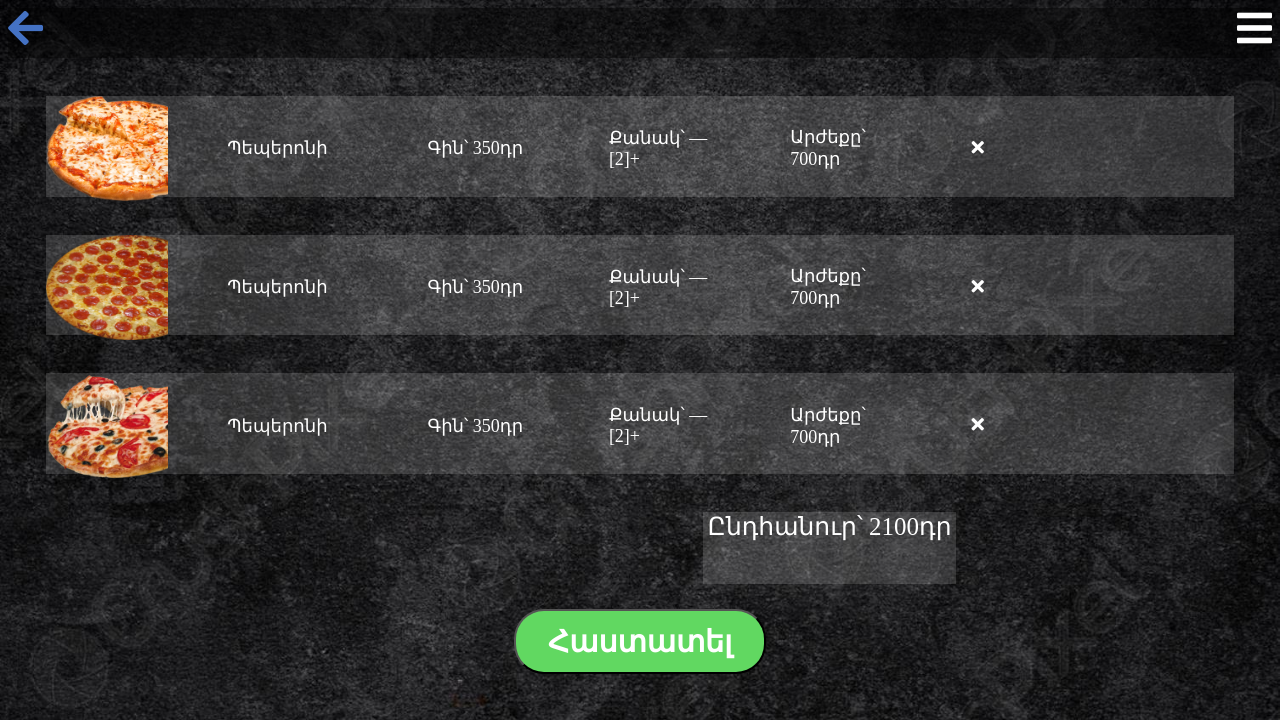
Repository: NarekTovmasyan/PizzaManue
Page: public/basket.html
An editor plug-in stored every save of this project. The page is shown before and after the next save, followed by the edit.
The browser window is 1280 px wide. The pictures show the whole page.

Above is the page before, as saved 2022-01-20 16:30:28.

After the next save:
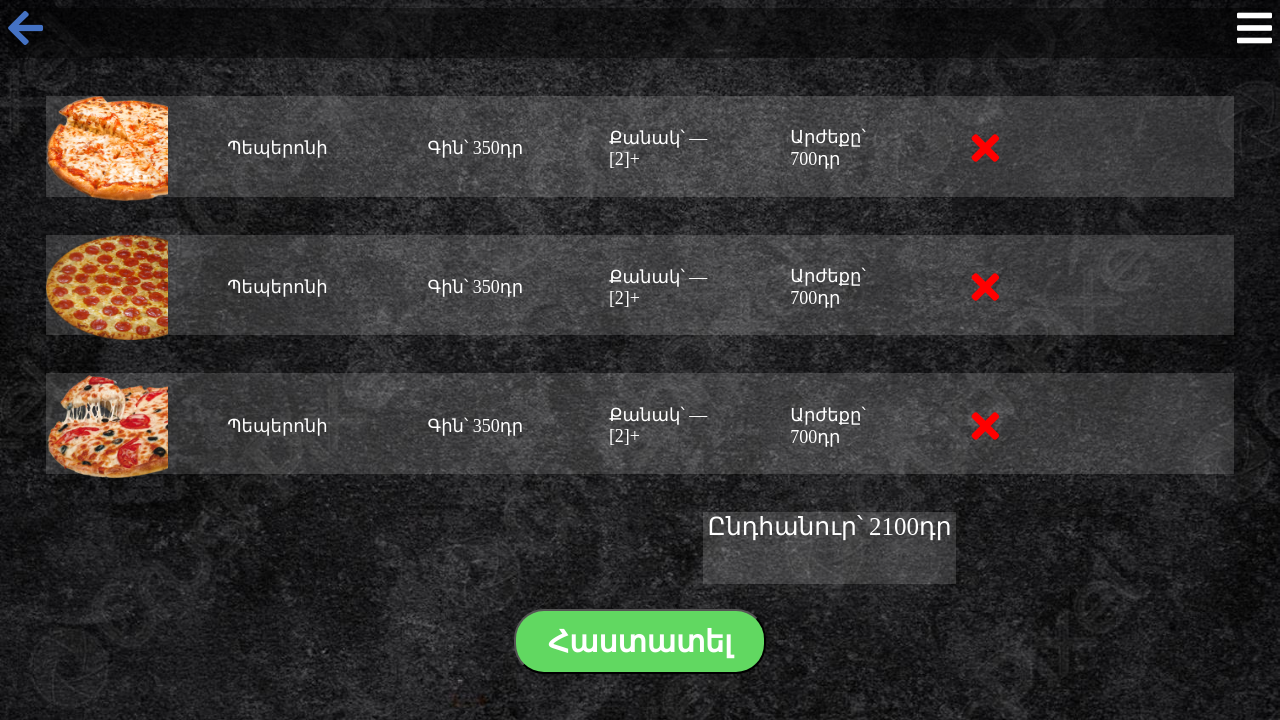
Saved 49 s later.
--- a/public/basket.css
+++ b/public/basket.css
@@ -23,7 +23,7 @@ body {
     font-size: 40px;
     cursor: pointer;
   }
-  .fasfa-times{
+  .icon > i{
       font-size: 40px;
       color: red;
   }
